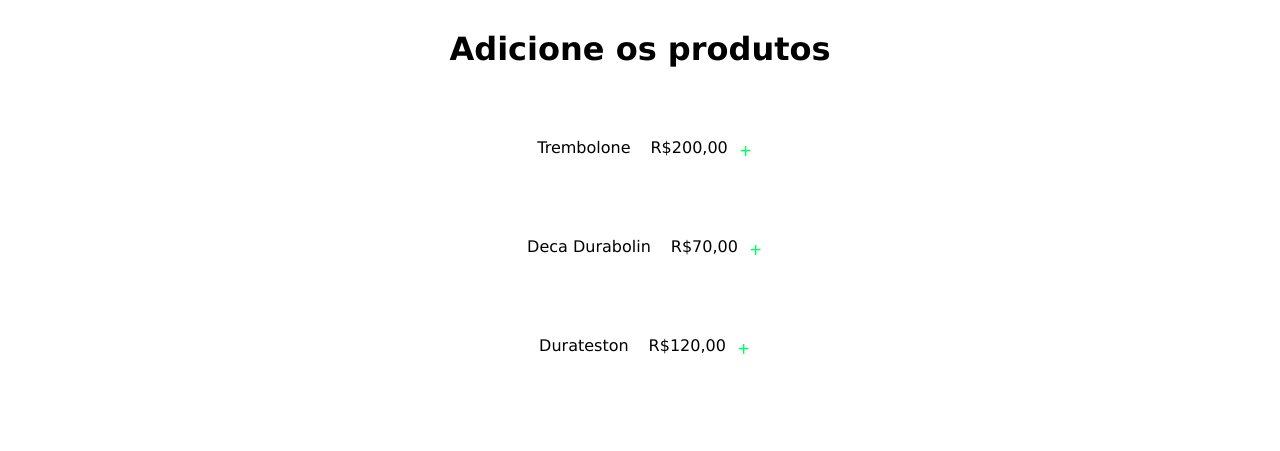
Repository: Leonngc/Lab
Page: confirm.html
An editor plug-in stored every save of this project. The page is shown before and after a run of saves, followed by the edit.
The browser window is 1280 px wide. The pictures show the whole page.
After loading, the first visible `button[onclick="addDeca()"]` was clicked once.

Above is the page before, as saved 2023-01-10 21:31:33.
Console error: SyntaxError: Unexpected token '}'

### confirm.html
<!DOCTYPE html>
<html lang="pt-br">
  <head>
    <meta charset="UTF-8" />
    <meta http-equiv="X-UA-Compatible" content="IE=edge" />
    <meta name="viewport" content="width=device-width, initial-scale=1.0" />
    <link
      rel="stylesheet"
      href="https://cdnjs.cloudflare.com/ajax/libs/font-awesome/6.2.1/css/all.min.css"
      integrity="sha512-MV7K8+y+gLIBoVD59lQIYicR65iaqukzvf/nwasF0nqhPay5w/9lJmVM2hMDcnK1OnMGCdVK+iQrJ7lzPJQd1w=="
      crossorigin="anonymous"
      referrerpolicy="no-referrer"
    />
    <link rel="stylesheet" href="styles/confirm.css" />
    <title>Document</title>
  </head>

  <body>
    <h1>Adicione os produtos</h1>
    <div class="prod">
      <p>Trembolone</p>
      <p>R$200,00</p>
      <button onclick="addTrembo()"><i class="fa-thin fa-plus"></i></button>
    </div>

    <div class="prod">
      <p>Deca Durabolin</p>
      <p>R$70,00</p>
      <button onclick="addDeca()"><i class="fa-thin fa-plus"></i></button>
    </div>
    <div class="prod">
      <p>Durateston</p>
      <p>R$120,00</p>
      <button onclick="addTesto()"><i class="fa-thin fa-plus"></i></button>
    </div>

    <div id="carrinho">

    </div>

    <script src="js/confirm.js"></script>
  </body>
</html>

### styles/confirm.css
*{
    margin: 0;
    padding: 0;
    box-sizing: border-box;
}

body{
   text-align: center;
}

h1{
    text-align: center;
    font-family: Verdana, Geneva, Tahoma, sans-serif;
    padding: 30px;
}

.prod{
 display: flex;
   margin: auto;
    padding: 30px;
    justify-content: center;
}

.prod > p{
    font-family: Verdana, Geneva, Tahoma, sans-serif;
    margin: 10px;
}

.prod > button{
    height: 20px;
    width: 15px;
    margin-top: 12px;
    background-color: white;
    font-size: 20px;
    color: rgb(0, 255, 98);
    border: 0;

}

### js/confirm.js
const trembo = {
  valor: 200,
  ampolas: 10,
};

const deca = {
  valor: 70,
  ampolas: 10,
};

const testo = {
  valor: 120,
  ampolas: 10,
};

const chaveAdd = "anabol";
var res = document.getElementById('carrinho');


function addTrembo() {
  localStorage.setItem(chaveAdd, trembo);
  alert("Trembolone adicionado ao carrinho");
}

function addTesto() {
  localStorage.setItem(chaveAdd, testo);
  alert("Você adicionou Durateston ao carrinho");
}

function addDeca() {
  localStorage.setItem(chaveAdd, deca);
  alert("Você adicionou Deca Durabolin ao carrinho");

  res.innerHTML = `Deca R$70,00`

  if(addDeca() = 2)
}

After the next 3 saves:
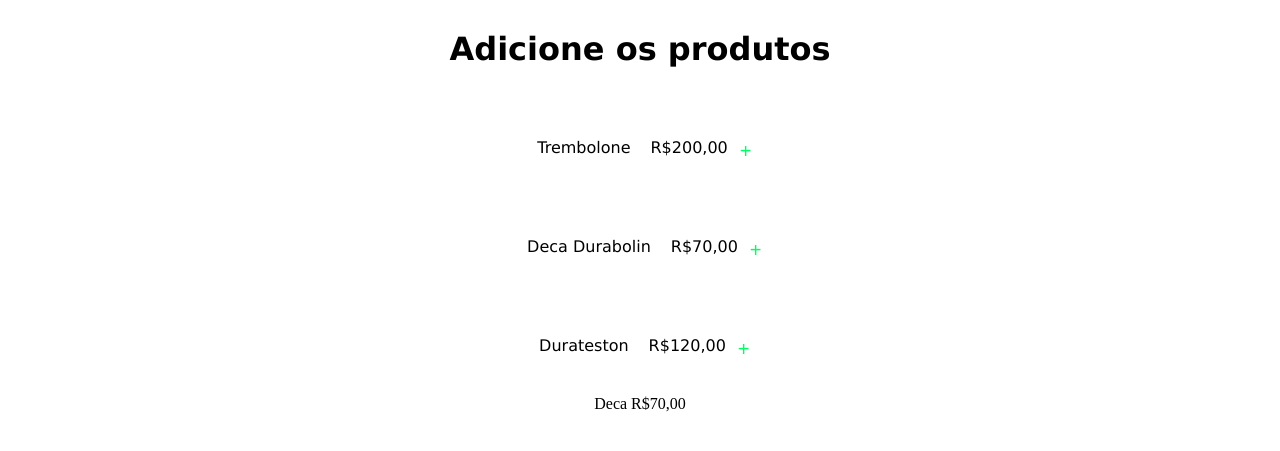
Console error: RangeError: Maximum call stack size exceeded
The 3 saves are shown as one change because they came seconds apart.
The last was saved 13 s later.
--- a/js/confirm.js
+++ b/js/confirm.js
@@ -33,5 +33,7 @@
 
   res.innerHTML = `Deca R$70,00`
 
-  if(addDeca() = 2)
+  if(addDeca() = 2){
+    alert()
+  }
 }
